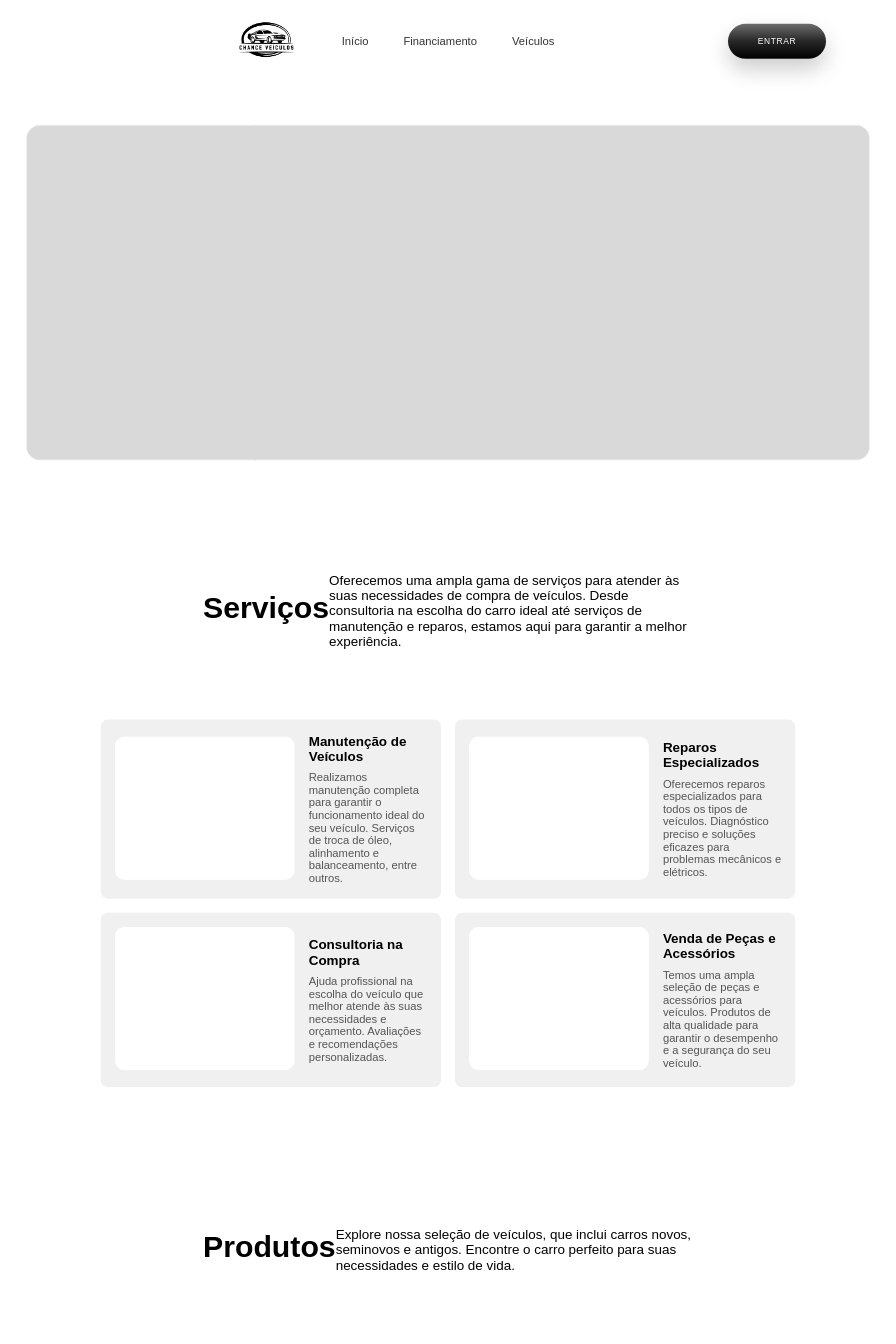
Repository: Matheus904-12/Reforma
Page: index.html
The author's editor kept a copy of each file at every save. The page is drawn from the files as they stood at one save, then again after the next save.
The browser window is 1280 px wide. The pictures show the part of the page from y = 0 to 1920 px (the page is 4195 px tall), at 70% of full size.
Some web libraries are served in a nearby version.

Above is the page before, as saved 2024-08-05 20:02:55.
Console error (its wording comes from the project's code and is left out).

After the next save:
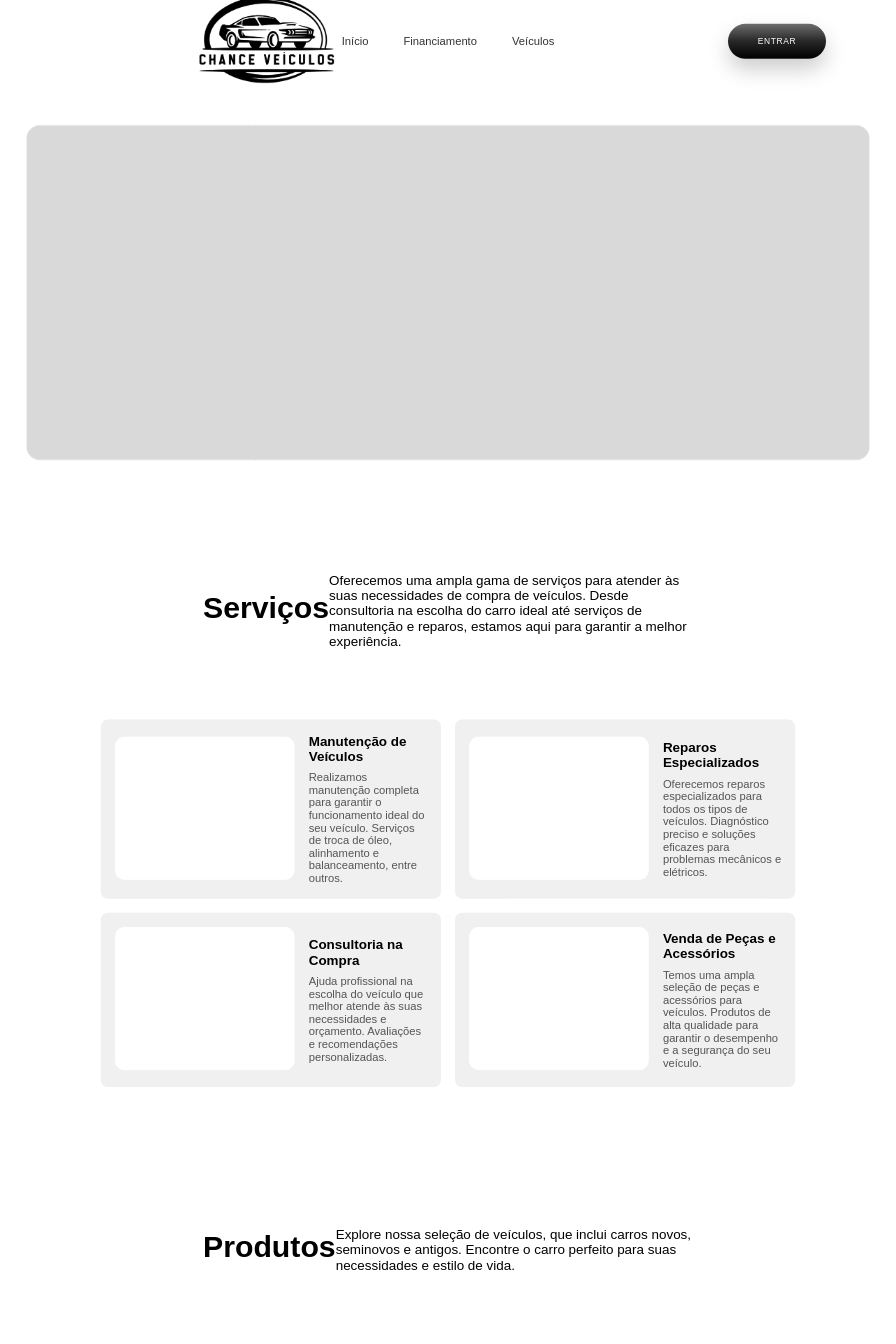
Saved 10 s later.
--- a/styles.css
+++ b/styles.css
@@ -35,7 +35,7 @@ header {
 }
 
 .logo img {
-  transform: scale(0.2); /* Reduz o tamanho para 80% */
+  transform: scale(0.5); /* Reduz o tamanho para 80% */
   transition: transform 0.3s ease-in-out;
 }
 
